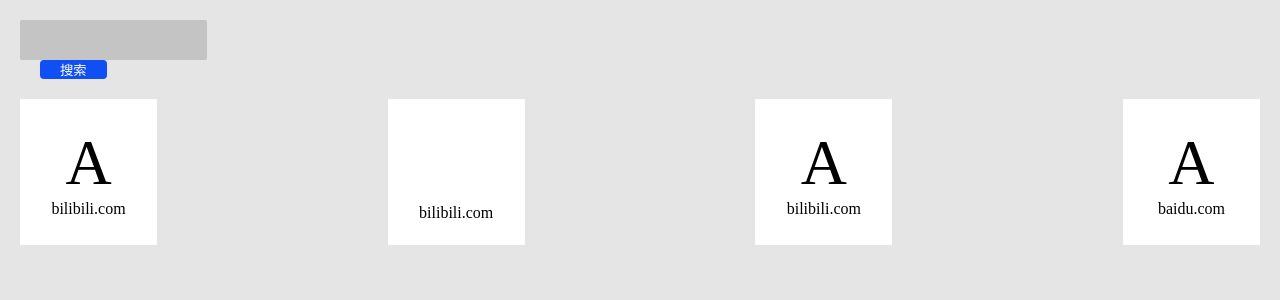
Repository: chenguocan/-
Page: src/index.html
These files come from the project's save history. The page is drawn as it stood at one moment and after a run of saves; the edit follows.
The browser window is 1280 px wide. The pictures show the whole page.

Above is the page before, as saved 2020-08-11 22:02:24.

### src/index.html
<!DOCTYPE html>
<html lang="en">

<head>
    <meta charset="UTF-8">
    <meta name="viewport"
        content="width=device-width,initial-scale=1,minimum-scale=1,maximum-scale=1,user-scalable=no,viewport-fit=cover">
    <meta http-equiv="X-UA-Compatible" content="ie=edge">
    <title>前端导航</title>
    <link rel="stylesheet" href="./style.css">
    <style type="text/css">
        .icon {
            width: 5em;
            height: 5em;
            vertical-align: -0.15em;
            fill: currentColor;
            overflow: hidden;
        }
    </style>
</head>

<body>
    <header class="globalHeader">
        <form class="searchForm">
            <input type="text" />
            <button class="searchButton">搜索</button>
        </form>
    </header>
    <main class="globalMain">
        <ul class="siteList">
            <li>
                <a href="https://www.bilibili.com">
                    <div class="siteBox">
                        <div class="logo">A</div>
                        <div class="site">bilibili.com</div>
                    </div>
                </a>
            </li>
            <li>
                <div class="addButton">
                    <div class="logo">
                        <svg class="icon" aria-hidden="true">
                            <use xlink:href="#icon-jiahao"></use>
                        </svg>
                    </div>
                    <div class="site">bilibili.com</div>
                </div>
            </li>
        </ul>
    </main>
    <script src="https://cdn.bootcdn.net/ajax/libs/jquery/3.5.1/jquery.slim.min.js"></script>
    <script src="//at.alicdn.com/t/font_2000749_640re2b3w3g.js"></script>
    <script src="./main.js"></script>
</body>

</html>

### src/style.css
*{
    margin: 0;
    padding: 0;
    box-sizing: border-box;
}
*::before{
    margin: 0;
    padding: 0;
    box-sizing: border-box;
}
*::after{
    margin:0;
    padding: 0;
    box-sizing: border-box;
}
body{
    background:#E5E5E5;
}
ul>li{
    list-style: none;
}
a{
    text-decoration: none;
    color: inherit;
}
.globalHeader {
    margin:20px;
    display: flex;
    flex-direction: row;
    flex-wrap: nowrap;
    justify-content: space-between;
}
.globalHeader >.searchForm > input{
    width: 100%;
    border: none;
    height: 40px;
    border-radius: 2px;
    background: #C4C4C4;
    padding-left: 10px;
}
.globalHeader >.searchForm> .searchButton{
    display: flex;
    white-space: nowrap;
    border: none;
    color:white;
    margin-left: 20px;
    background:#0F4FF3;
    border-radius:4px;
    padding:0 20px;
}
.siteList{
    display: flex;
    flex-direction: row;
    justify-content: space-between;
    flex-wrap: wrap;
    margin:0 20px;
}
.siteList .siteBox,.addButton{
    display: flex;
    flex-direction: column;
    justify-content: center;
    align-items: center;
    flex-wrap: wrap;
    height: 146px;
    width: 137px;
    margin-bottom: 10px;
    background:#FFFFFF;
}
.siteList .siteBox>.logo{
    font-size: 64px;
}
.siteList .siteBox>.site{
    font-size:16px;
}

### src/main.js
const $siteList = $(".siteList");
let hashMap = [
    {
        logo: "B",
        url: "https://www.bilibili.com",
    },
    {
        logo: "D",
        url: "https://www.baidu.com"
    }
]
let array = [];
let string = "";
hashMap.forEach((item, index) => {
    string += `
    <li>
        <a href="${item.url}">
            <div class="siteBox">
                <div class="logo">A</div>
                <div class="site">${item.url.replace("http://", "").replace("https://", "").replace("www.", "")}</div>
            </div>
        </a>
    </li>
    `;
})
$siteList.append(string);

After the next 2 saves:
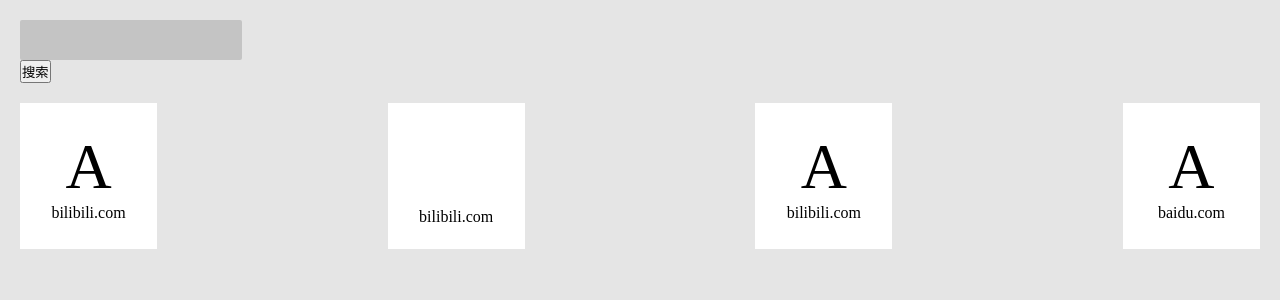
The 2 saves are shown as one change because they came seconds apart.
The last was saved 15 s later.
--- a/src/style.css
+++ b/src/style.css
@@ -38,7 +38,7 @@
     background: #C4C4C4;
     padding-left: 10px;
 }
-.globalHeader >.searchForm> .searchButton{
+.globalHeader > .searchButton{
     display: flex;
     white-space: nowrap;
     border: none;

After the save that followed:
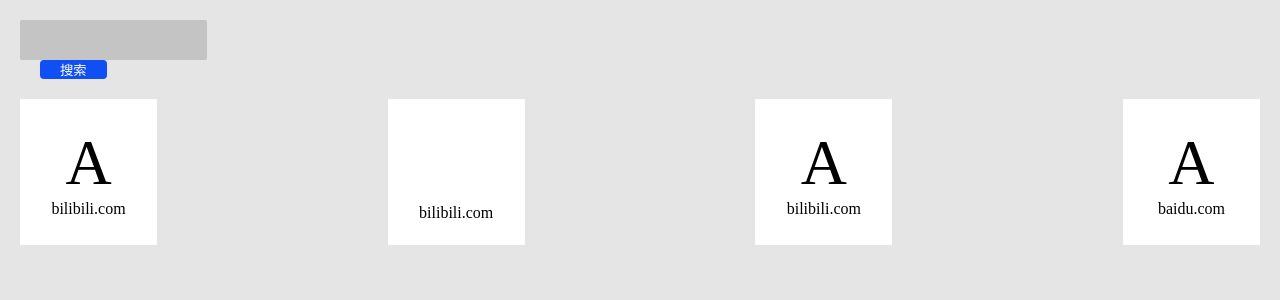
Saved 4 s later.
--- a/src/style.css
+++ b/src/style.css
@@ -38,7 +38,7 @@
     background: #C4C4C4;
     padding-left: 10px;
 }
-.globalHeader > .searchButton{
+.globalHeader >.searchForm> .searchButton{
     display: flex;
     white-space: nowrap;
     border: none;
